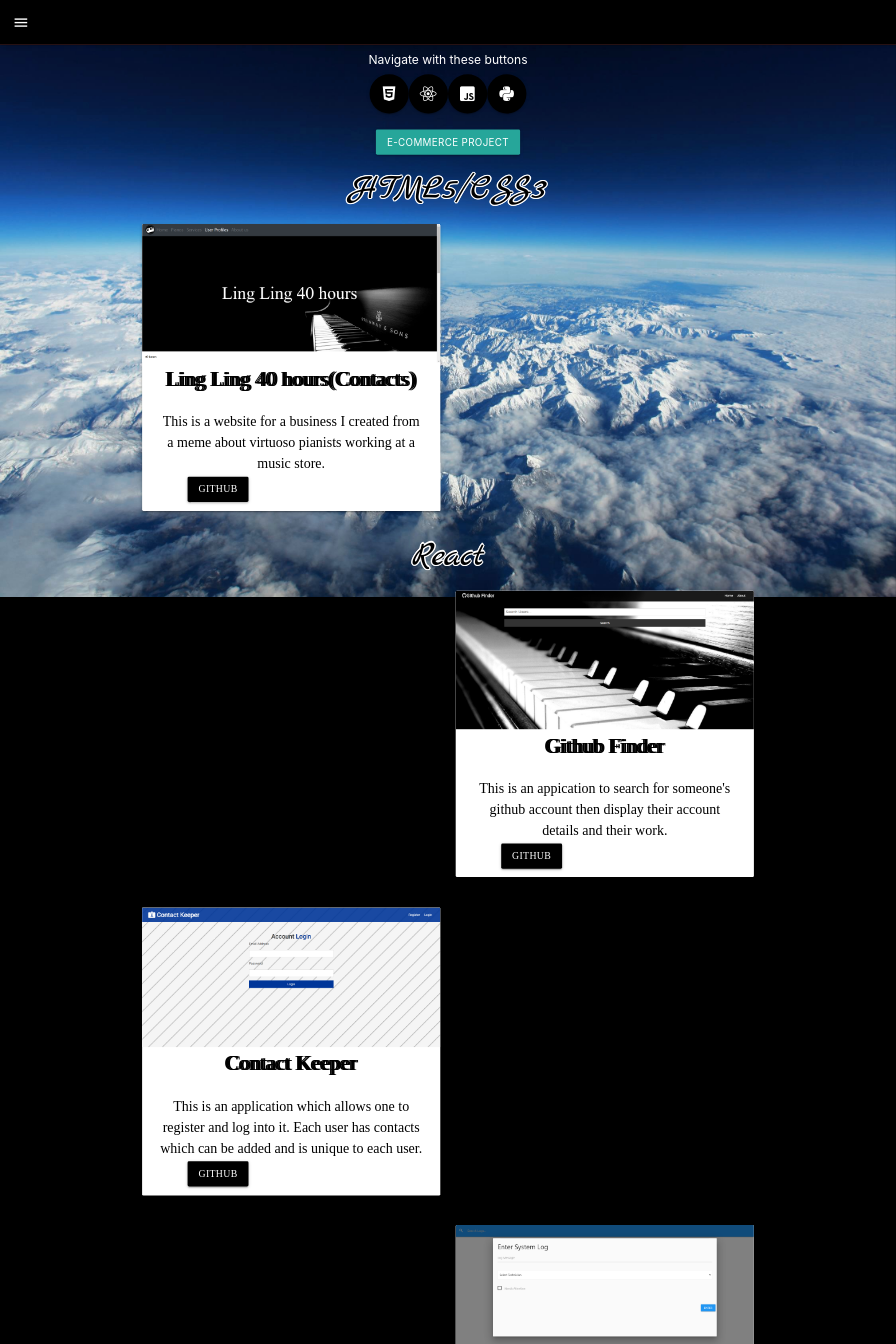
Repository: Ajtheult/portfolio.v3
Page: /mywork
An editor plug-in stored every save of this project. The page is shown before and after the next save, followed by the edit.
The browser window is 1280 px wide. The pictures show the part of the page from y = 0 to 1920 px (the page is 3198 px tall), at 70% of full size.
Some web fonts or font styles are not loaded; a fallback is used. The project was rebuilt for these pictures with package versions that can differ from the ones it lists, and the page was loaded fresh each time. Also part of the build but not shown: src/components/layout/pages/Home.js, src/components/layout/pages/Skills.js, src/components/layout/pages/Testimonials.js.

Above is the page before, as saved 2020-08-02 17:37:31.

After the next save:
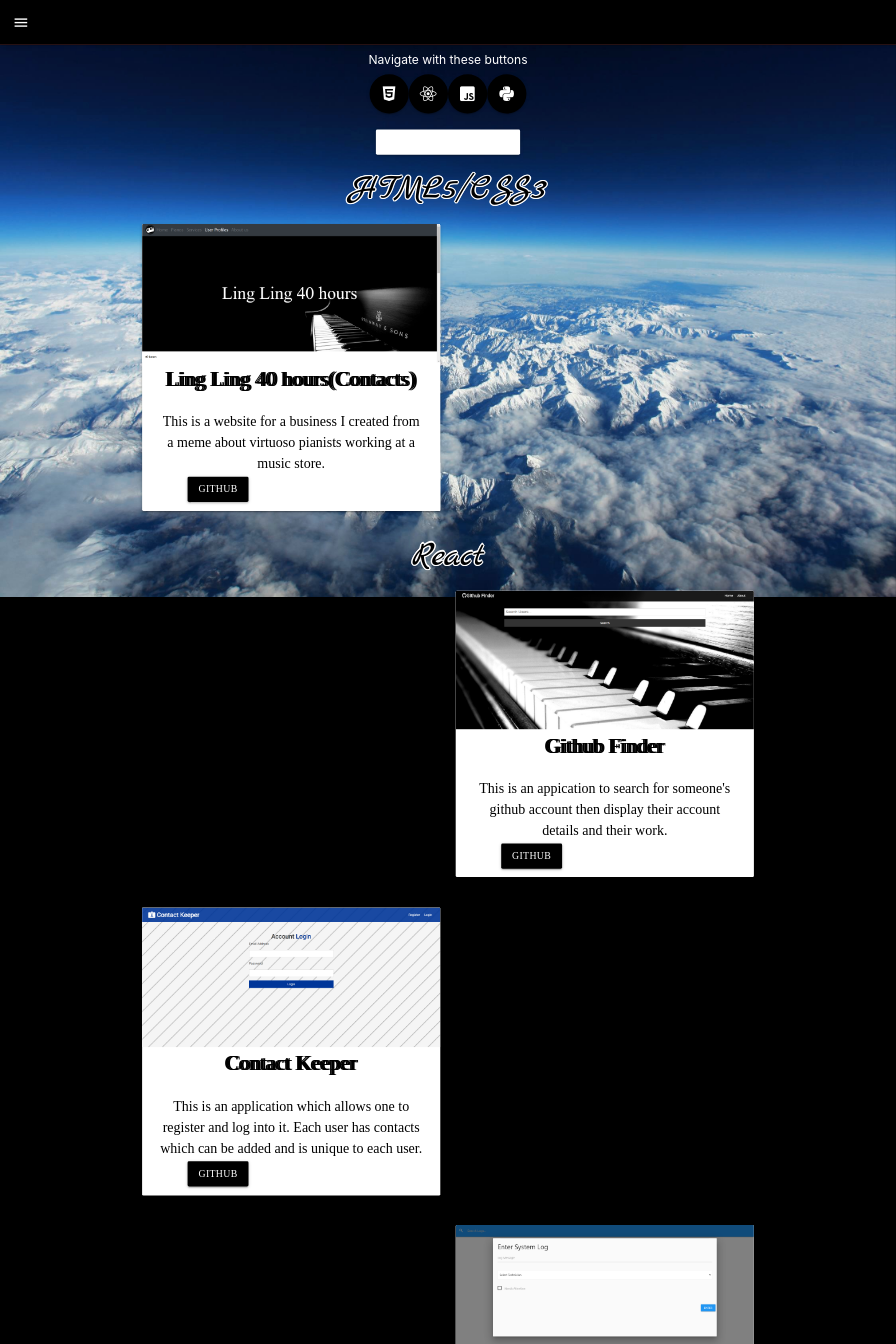
Saved 7 s later.
--- a/src/components/layout/pages/MyWork.js
+++ b/src/components/layout/pages/MyWork.js
@@ -41,7 +41,7 @@ export const MyWork = () => {
       </div>
       <br />
       <a
-        class="waves-effect waves-light btn"
+        class="waves-effect waves-light btn white"
         href="https://pure-basin-79312.herokuapp.com/"
         rel="noopener noreferrer"
         target="_blank"
